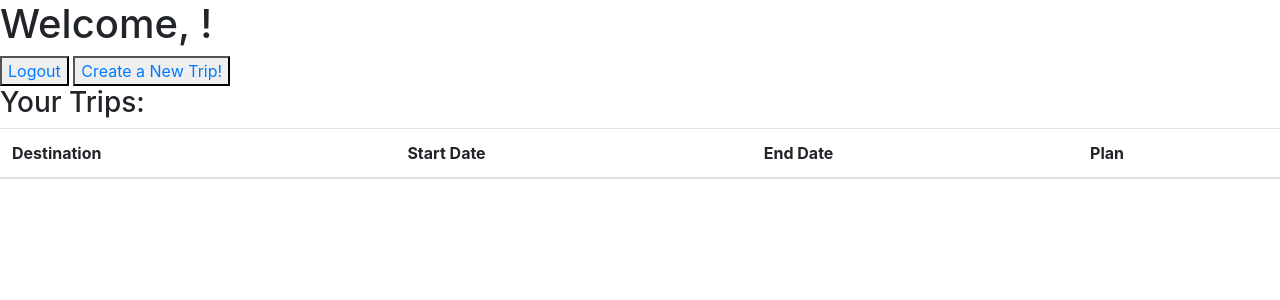
Repository: chasepiercephoto/TripBuddy
Page: Main/templates/dashboard.html
These files come from the project's save history. The page is drawn as it stood at one moment and after the next save; the edit follows.
The browser window is 1280 px wide. The pictures show the whole page.
The page is served by the project's application, run on Django 2.2 (manage.py). The template is opened directly, without the code that normally fills it, so the values that code supplies are empty.

Above is the page before, as saved 2020-06-24 12:55:28.

After the next save:
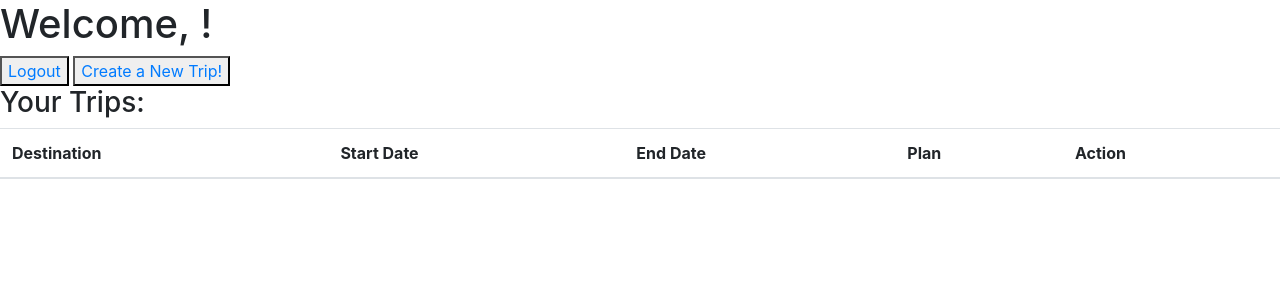
Saved 20 s later.
--- a/Main/templates/dashboard.html
+++ b/Main/templates/dashboard.html
@@ -25,6 +25,7 @@
             <th scope="col">Start Date</th>
             <th scope="col">End Date</th>
             <th scope="col">Plan</th>
+            <th scope="col">Action</th>
           </tr>
         </thead>
         <tbody>
